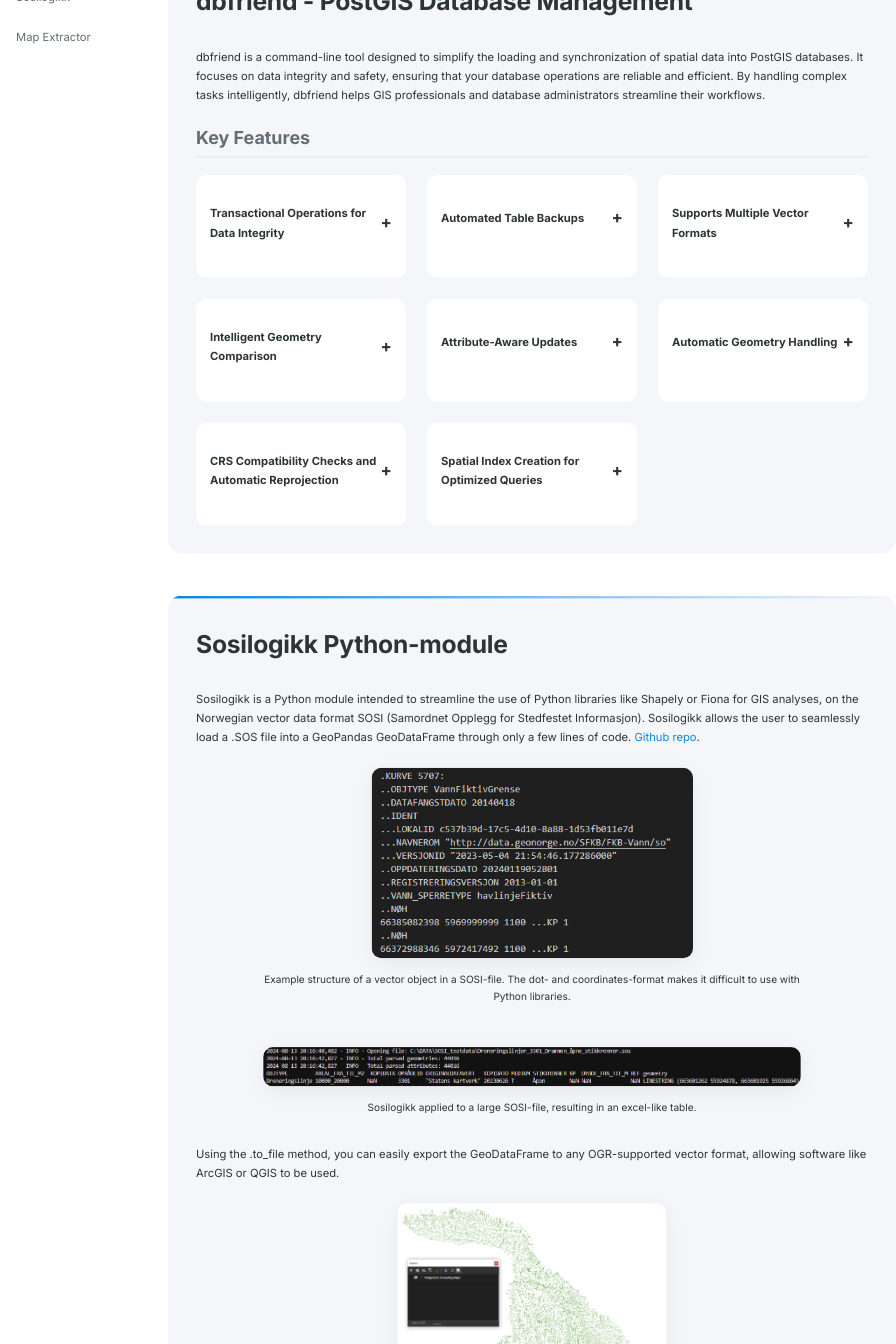
Repository: jesperfjellin/jesper-fjellin-pages
Page: index.html
These files come from the project's save history. The page is drawn as it stood at one moment and after the next save; the edit follows.
The browser window is 1280 px wide. The pictures show the part of the page from y = 827 to 2747 px (the page is 5229 px tall before and 5155 px after), at 70% of full size.

Above is the page before, as saved 2024-11-08 01:02:25.

### index.html
<!DOCTYPE html>
<html lang="en">
<head>
    <meta charset="UTF-8">
    <meta name="viewport" content="width=device-width, initial-scale=1.0">
    <title>Jesper Fjellin's Github Pages</title>
    <link href="https://fonts.googleapis.com/css2?family=Inter:wght@400;500;600;700&display=swap" rel="stylesheet">
    <style>
        /* General Styles */
        :root {
            --primary-color: #2d3436;     /* Dark grey */
            --secondary-color: #636e72;   /* Medium grey */
            --accent-color: #0984e3;      /* Bright blue */
            --text-color: #2d3436;
            --bg-color: #ffffff;
            --card-bg: #f5f6fa;
            --shadow: 0 8px 30px rgba(0, 0, 0, 0.06);
            --transition: all 0.3s cubic-bezier(0.4, 0, 0.2, 1);
        }

        body {
            font-family: 'Inter', 'Segoe UI', sans-serif;
            line-height: 1.7;
            margin: 0;
            padding: 0;
            background-color: var(--bg-color);
            color: var(--text-color);
        }

        a {
            color: var(--accent-color);
            text-decoration: none;
            transition: all 0.3s ease;
            border-bottom: 1px solid transparent;
        }

        a:hover {
            color: #c0392b;  /* Darker red on hover */
            border-bottom-color: var(--secondary-color);
        }

        /* Modern Header */
        header {
            height: 100vh;
            background: linear-gradient(135deg,
                rgba(45, 52, 54, 0.3),
                rgba(99, 110, 114, 0.3)),
                url('images/bg-header.png') center/cover;
            display: flex;
            flex-direction: column;
            justify-content: center;
            align-items: center;
            position: relative;
        }

        .header-content {
            text-align: center;
            max-width: 800px;
            padding: 40px;
            position: relative;
        }

        .header-content::before {
            content: '';
            position: absolute;
            top: 50%;
            left: 50%;
            transform: translate(-50%, -50%);
            width: 120%;
            height: 120%;
            background: radial-gradient(circle, rgba(0,0,0,0.2) 0%, rgba(0,0,0,0) 70%);
            z-index: -1;
        }

        .header-content h1 {
            font-size: 4.5em;
            margin: 0 0 60px 0;
            letter-spacing: -0.02em;
            color: #fff;
            background: rgba(45, 52, 54, 0.85);
            padding: 5px 25px;
            border-radius: 12px;
            backdrop-filter: blur(5px);
            display: inline-block;
            line-height: 1.2;
        }

        .title {
            font-size: 1.5em;
            color: #fff;
            margin: 0 0 40px 0;
            background: rgba(45, 52, 54, 0.85);
            padding: 3px 15px;
            border-radius: 8px;
            backdrop-filter: blur(5px);
            display: inline-block;
            line-height: 1.5;
        }

        .github-links {
            background: none;
            padding: 0;
            display: flex;
            gap: 20px;
            justify-content: center;
        }

        .btn {
            display: inline-block;
            padding: 10px 25px;
            background: rgba(45, 52, 54, 0.85);
            color: #fff;
            border-radius: 30px;
            backdrop-filter: blur(5px);
            transition: var(--transition);
        }

        .btn:hover {
            background: rgba(45, 52, 54, 0.95);
            transform: translateY(-2px);
            box-shadow: 0 5px 15px rgba(0, 0, 0, 0.2);
        }

        /* Scroll Indicator */
        .scroll-indicator {
            position: absolute;
            bottom: 40px;
            left: 50%;
            transform: translateX(-50%);
            text-align: center;
            color: #fff;
        }

        .mouse {
            width: 30px;
            height: 50px;
            border: 2px solid #fff;
            border-radius: 20px;
            margin: 0 auto 10px;
            position: relative;
        }

        .mouse::before {
            content: '';
            width: 4px;
            height: 8px;
            background: #fff;
            position: absolute;
            left: 50%;
            transform: translateX(-50%);
            top: 8px;
            border-radius: 2px;
            animation: scroll 2s infinite;
        }

        /* Project Navigation */
        .project-nav {
            position: sticky;
            top: 20px;
            width: 200px;
            float: left;
        }

        .project-nav ul {
            list-style: none;
            padding: 0;
        }

        .project-nav a {
            display: block;
            padding: 15px 20px;
            color: var(--secondary-color);
            border-left: 3px solid transparent;
            transition: var(--transition);
        }

        .project-nav a.active,
        .project-nav a:hover {
            color: var(--accent-color);
            border-left-color: var(--accent-color);
            background: rgba(9, 132, 227, 0.1);
        }

        /* Projects Container */
        .projects-container {
            margin-left: 240px;
            padding: 40px 0;
        }

        .project {
            background: var(--card-bg);
            border-radius: 20px;
            padding: 40px;
            margin-bottom: 60px;
            border-left: none;
            position: relative;
            overflow: hidden;
        }

        .project::before {
            content: '';
            position: absolute;
            top: 0;
            left: 0;
            width: 100%;
            height: 4px;
            background: linear-gradient(90deg, var(--accent-color), transparent);
        }

        .project h2 {
            font-size: 2.2em;
            color: var(--text-color);
            border-bottom: none;
            letter-spacing: -0.01em;
            margin-top: 0;
            padding-bottom: 15px;
            margin-bottom: 20px;
        }

        .project p {
            margin-bottom: 10px;
            color: var(--text-color);
        }

        .project iframe {
            border: none;
            width: 100%;
            height: 400px;
            border-radius: 12px;
            margin-bottom: 10px;
            box-shadow: var(--shadow);
        }

        /* Centered Content */
        .centered-content {
            padding: 10px;
            margin: 0 auto 20px auto;
            width: 80%;
            text-align: center;
        }

        .centered-content img {
            max-width: 100%;
            border-radius: 14px;
            box-shadow: var(--shadow);
            transition: var(--transition);
            margin-top: 10px;
        }

        .centered-content img:hover {
            transform: scale(1.02);
        }

        .centered-content p {
            margin-top: 10px;
            font-size: 0.9em;
            color: var(--text-color);
        }

        /* Features Section */
        .features {
            margin-top: 20px;
        }

        .features h3 {
            font-size: 1.6em;
            color: var(--secondary-color);
            border-bottom: 1px solid #ddd;
            padding-bottom: 5px;
        }

        .feature-cards {
            display: grid;
            grid-template-columns: repeat(auto-fit, minmax(300px, 1fr));
            gap: 30px;
        }

        .feature-card {
            background: var(--bg-color);
            padding: 20px;
            border-radius: 15px;
            cursor: pointer;
            transition: var(--transition);
            overflow: hidden;
        }

        .feature-card:hover {
            transform: translateY(-3px);
            box-shadow: 0 8px 25px rgba(0, 0, 0, 0.08);
            border-color: var(--primary-color);
        }

        .feature-card h4 {
            display: flex;
            justify-content: space-between;
            align-items: center;
        }

        .feature-card h4::after {
            content: '+';
            font-size: 1.5em;
            transition: transform 0.3s ease;
        }

        .feature-card.active h4::after {
            transform: rotate(45deg);
        }

        .feature-card p {
            max-height: 0;
            opacity: 0;
            transition: all 0.3s ease;
        }

        .feature-card.active p {
            max-height: 200px;
            opacity: 1;
            margin-top: 15px;
        }

        /* Responsive Design */
        @media (max-width: 1024px) {
            .project-nav {
                width: 100%;
                float: none;
                position: relative;
                margin-bottom: 40px;
            }

            .project-nav ul {
                display: flex;
                overflow-x: auto;
                padding: 10px;
            }

            .projects-container {
                margin-left: 0;
            }
        }

        @keyframes scroll {
            0% { transform: translate(-50%, 0); opacity: 1; }
            100% { transform: translate(-50%, 15px); opacity: 0; }
        }
    </style>
</head>
<body>
    <header>
        <div class="header-content">
            <h1>Jesper Fjellin</h1>
            <p class="title">GIS Developer & Engineer</p>
            <div class="github-links">
                <a href="https://github.com/jesperfjellin" target="_blank" class="btn">Personal GitHub</a>
                <a href="https://github.com/jesperfjellin-kv" target="_blank" class="btn">Work GitHub</a>
            </div>
        </div>
        <div class="scroll-indicator">
            <div class="mouse"></div>
            <span>Scroll to explore</span>
        </div>
    </header>

    <div class="container">
        <nav class="project-nav">
            <ul>
                <li><a href="#dbfriend" class="active">dbfriend</a></li>
                <li><a href="#sosilogikk">Sosilogikk</a></li>
                <li><a href="#map-extractor">Map Extractor</a></li>
            </ul>
        </nav>

        <div class="projects-container">
            <!-- Project 1 -->
            <div class="project">
                <h2>dbfriend - PostGIS Database Management</h2>
                <p>dbfriend is a command-line tool designed to simplify the loading and synchronization of spatial data into PostGIS databases. It focuses on data integrity and safety, ensuring that your database operations are reliable and efficient. By handling complex tasks intelligently, dbfriend helps GIS professionals and database administrators streamline their workflows.</p>

                <!-- Feature Cards -->
                <div class="features">
                    <h3>Key Features</h3>
                    <div class="feature-cards">
                        <div class="feature-card">
                            <h4>Transactional Operations for Data Integrity</h4>
                            <p>All database operations are executed within transactions, ensuring that either all changes are committed successfully, or none are applied. This approach protects your database from partial updates and maintains consistency.</p>
                        </div>
                        <div class="feature-card">
                            <h4>Automated Table Backups</h4>
                            <p>dbfriend automatically creates backups before modifying any existing tables, keeping up to three historical versions per table for easy restoration and added data safety.</p>
                        </div>
                        <div class="feature-card">
                            <h4>Supports Multiple Vector Formats</h4>
                            <p>Load data from various spatial file formats, including GeoJSON, Shapefile, GeoPackage, KML, and GML, providing flexibility in handling different data sources.</p>
                        </div>
                        <div class="feature-card">
                            <h4>Intelligent Geometry Comparison</h4>
                            <p>Prevent duplicates and ensure data consistency by comparing geometries using hashes to detect new, updated, and identical features efficiently.</p>
                        </div>
                        <div class="feature-card">
                            <h4>Attribute-Aware Updates</h4>
                            <p>Update existing geometries based on attribute changes, so your database always reflects the most current data.</p>
                        </div>
                        <div class="feature-card">
                            <h4>Automatic Geometry Handling</h4>
                            <p>Automatically detects and renames geometry columns to a standard format, simplifying data processing and integration.</p>
                        </div>
                        <div class="feature-card">
                            <h4>CRS Compatibility Checks and Automatic Reprojection</h4>
                            <p>Verifies CRS compatibility and automatically reprojects data as needed, ensuring spatial data aligns correctly within your database.</p>
                        </div>
                        <div class="feature-card">
                            <h4>Spatial Index Creation for Optimized Queries</h4>
                            <p>Automatically creates spatial indexes on imported data, improving query performance and data retrieval speeds.</p>
                        </div>
                    </div>
                </div>
            </div>

            <!-- Project 2 -->
            <div class="project">
                <h2>Sosilogikk Python-module</h2>
                <p>Sosilogikk is a Python module intended to streamline the use of Python libraries like Shapely or Fiona for GIS analyses, on the Norwegian vector data format SOSI (Samordnet Opplegg for Stedfestet Informasjon). Sosilogikk allows the user to seamlessly load a .SOS file into a GeoPandas GeoDataFrame through only a few lines of code. <a href="https://github.com/jesperfjellin/sosilogikk" target="_blank">Github repo</a>.</p>

                <div class="centered-content">
                    <img src="images/SOSI-file.png" alt="Example SOSI-file">
                    <p>Example structure of a vector object in a SOSI-file. The dot- and coordinates-format makes it difficult to use with Python libraries.</p>
                </div>

                <div class="centered-content">
                    <img src="images/GDF_sosi.png" alt="Example SOSI-file loaded into GeoDataFrame">
                    <p>Sosilogikk applied to a large SOSI-file, resulting in an excel-like table.</p>
                </div>

                <p>Using the .to_file method, you can easily export the GeoDataFrame to any OGR-supported vector format, allowing software like ArcGIS or QGIS to be used.</p>

                <div class="centered-content">
                    <img src="images/flatgeobuf_dreneringslinjer.png" alt="Drainage lines in Flatgeobuf format visualized in QGIS" style="max-width:50%;">
                    <p>Drainage lines in Flatgeobuf format visualized in QGIS.</p>
                </div>
            </div>

            <!-- Project 3 -->
            <div class="project">
                <h2>Map Extractor: Retrieve text from PDFs</h2>
                <p>This Python script enables users to extract text information from specific regions of scanned paper maps stored as PDFs. It allows for easy selection of a Region of Interest (ROI) on one page and then scans the same area across all pages in the PDF, performing Optical Character Recognition (OCR) to extract text. The results are saved in a CSV file for easy analysis and retrieval. <a href="https://github.com/jesperfjellin/Map-Extractor" target="_blank">Github repo</a>.</p>

                <div class="centered-content">
                    <img src="images/OCR_map_example.png" alt="Example ROI selection">
                    <p>Example of how the region of interest selection works in the selected PDF. The red border to the center right is the ROI selector.</p>
                </div>

                <p>The output when the script is applied to the PDF above. OCR is not perfect and will need minor manual tweaks/configuring of settings in script to best suit the quality of your input PDF. Notice that the Trase string is missing an underscore between 'Trase' and the number sequence.</p>

                <div class="centered-content">
                    <img src="images/output_example.png" alt="Example output from map PDF">
                    <p>Example output from script.</p>
                </div>

                <p>The preprocess_image function is responsible for improving the accuracy OCR will have. If you are experiencing inaccurate results with Map Extractor, consider tweaking these parameters.</p>

                <div class="centered-content">
                    <img src="images/preprocess_image_tuning.png" alt="Settings for tuning the configuration of OCR" style="max-width:50%;">
                    <p>Preprocess_image function in the Map_Extractor.py script.</p>
                </div>
                <p>Potential further work: if you have all attributes displayed on the PDF, it should be possible to automatically create valid vector geometry from printed maps. This will require post-processing of the output data, to put it into a valid GeoJSON/GML/whatever structure, but also to clean up errors the OCR might have made. </p>
            </div>
        </div>
    </div>
</body>
</html>

After the next save:
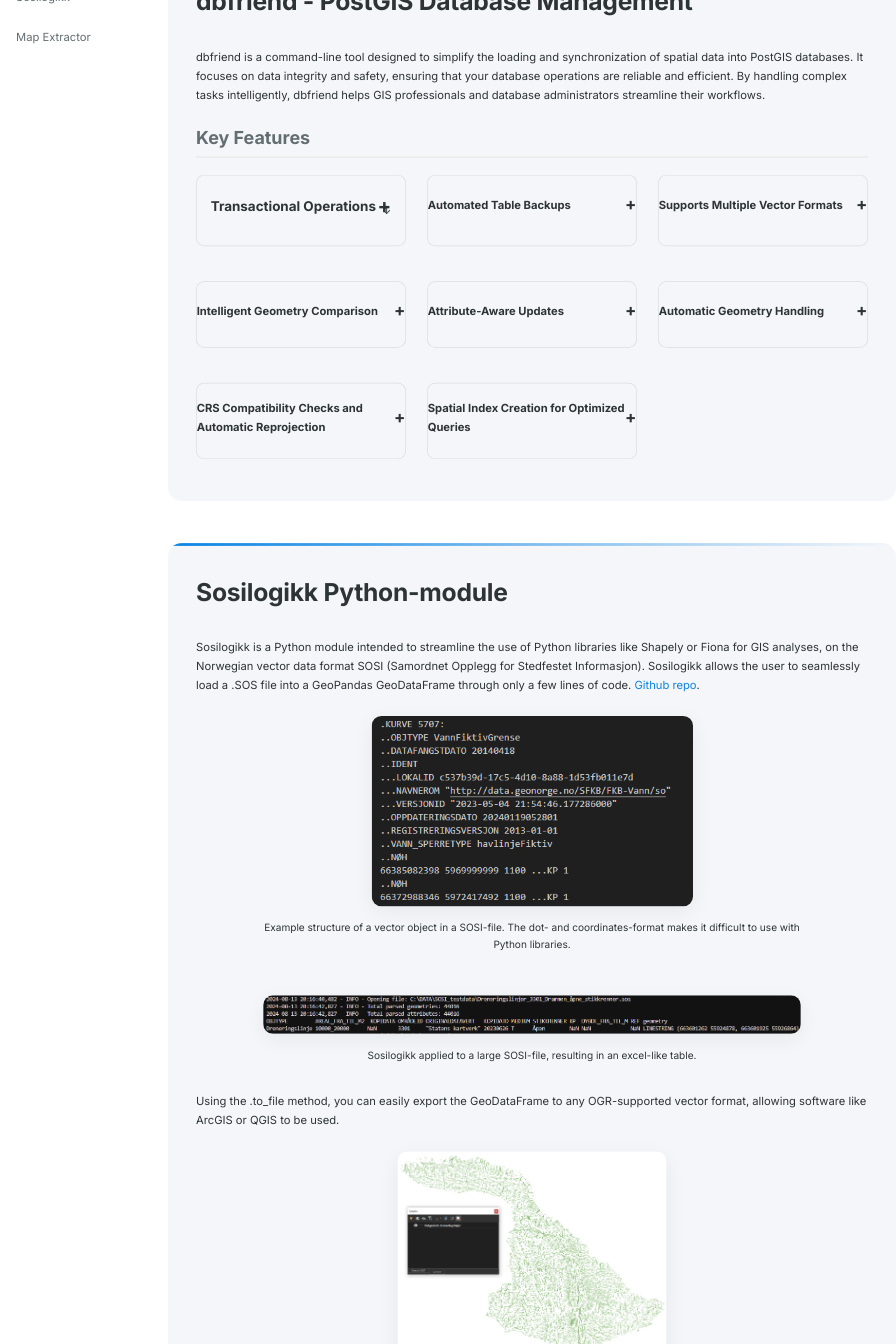
Saved 20 min 55 s later.
--- a/index.html
+++ b/index.html
@@ -276,12 +276,12 @@
         }
 
         .feature-card {
-            background: var(--bg-color);
-            padding: 20px;
-            border-radius: 15px;
-            cursor: pointer;
+            background: var(--card-bg);
+            border-radius: 12px;
+            margin-bottom: 20px;
+            overflow: hidden;
             transition: var(--transition);
-            overflow: hidden;
+            border: 1px solid rgba(0, 0, 0, 0.1);
         }
 
         .feature-card:hover {
@@ -316,6 +316,76 @@
             max-height: 200px;
             opacity: 1;
             margin-top: 15px;
+        }
+
+        .feature-header {
+            padding: 20px;
+            cursor: pointer;
+            position: relative;
+        }
+
+        .feature-header::after {
+            content: '↓';
+            position: absolute;
+            right: 20px;
+            top: 50%;
+            transform: translateY(-50%);
+            transition: transform 0.3s ease;
+        }
+
+        .feature-header h4 {
+            margin: 0 0 10px 0;
+            color: var(--text-color);
+            font-size: 1.2em;
+        }
+
+        .feature-header p {
+            margin: 0;
+            color: var(--secondary-color);
+        }
+
+        .feature-code {
+            max-height: 0;
+            opacity: 0;
+            transition: all 0.3s ease;
+            background: #f8f9fa;
+            border-top: 1px solid rgba(0, 0, 0, 0.1);
+        }
+
+        .feature-card.active .feature-code {
+            max-height: 500px;
+            opacity: 1;
+            padding: 20px;
+        }
+
+        .feature-card.active .feature-header::after {
+            transform: translateY(-50%) rotate(180deg);
+        }
+
+        .feature-code pre {
+            margin: 0;
+            padding: 15px;
+            background: #2d3436;
+            border-radius: 8px;
+            overflow-x: auto;
+        }
+
+        .feature-code code {
+            color: #fff;
+            font-family: 'Fira Code', monospace;
+            font-size: 0.9em;
+        }
+
+        .source-link {
+            display: inline-block;
+            margin-top: 15px;
+            color: var(--accent-color);
+            text-decoration: none;
+            font-size: 0.9em;
+        }
+
+        .source-link:hover {
+            text-decoration: underline;
         }
 
         /* Responsive Design */
@@ -380,8 +450,29 @@
                     <h3>Key Features</h3>
                     <div class="feature-cards">
                         <div class="feature-card">
-                            <h4>Transactional Operations for Data Integrity</h4>
-                            <p>All database operations are executed within transactions, ensuring that either all changes are committed successfully, or none are applied. This approach protects your database from partial updates and maintains consistency.</p>
+                            <div class="feature-header">
+                                <h4>Transactional Operations</h4>
+                                <p>All database operations are executed within transactions, ensuring data integrity and automatic rollback on failure.</p>
+                            </div>
+                            <div class="feature-code">
+                                <pre><code class="python">
+def transaction(self) -> Transaction:
+    """Creates a new transaction context.
+
+    Returns:
+        Transaction: A context manager that handles the transaction.
+
+    Example:
+        with dbfriend.transaction() as tx:
+            tx.load_table("data.geojson")
+    """
+    return Transaction(self._engine)
+                                </code></pre>
+                                <a href="https://github.com/jesperfjellin/dbfriend/blob/main/src/transaction.py"
+                                   class="source-link" target="_blank">
+                                   View Source →
+                                </a>
+                            </div>
                         </div>
                         <div class="feature-card">
                             <h4>Automated Table Backups</h4>
@@ -465,5 +556,14 @@
             </div>
         </div>
     </div>
+
+    <script>
+        document.querySelectorAll('.feature-header').forEach(header => {
+            header.addEventListener('click', () => {
+                const card = header.parentElement;
+                card.classList.toggle('active');
+            });
+        });
+    </script>
 </body>
 </html>
